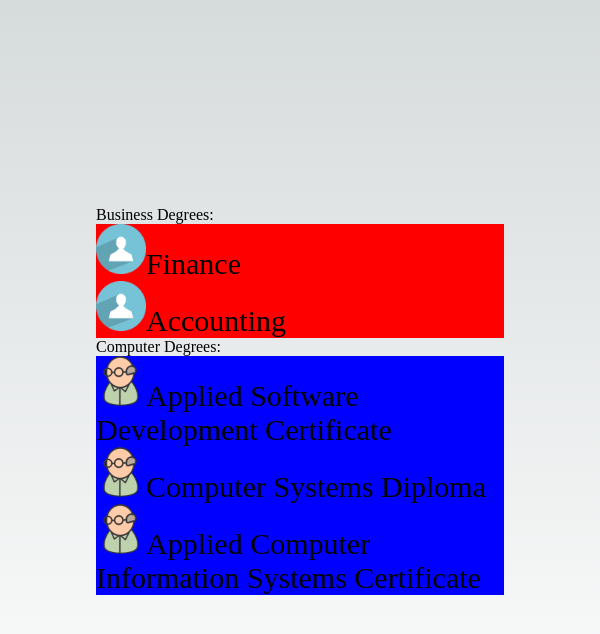
Repository: NeemaToto/mdia2109week3
Page: /
These files come from the project's save history. The page is drawn as it stood at one moment and after the next save; the edit follows.
The browser window is 600 px wide. The pictures show the whole page.
The project was rebuilt for these pictures with package versions that can differ from the ones it lists, and the page was loaded fresh each time. The framework's server and built-in components were replaced by stand-ins that run in the browser. Also part of the build but not shown: next.config.js.

Above is the page before, as saved 2023-01-19 12:14:20.

After the next save:
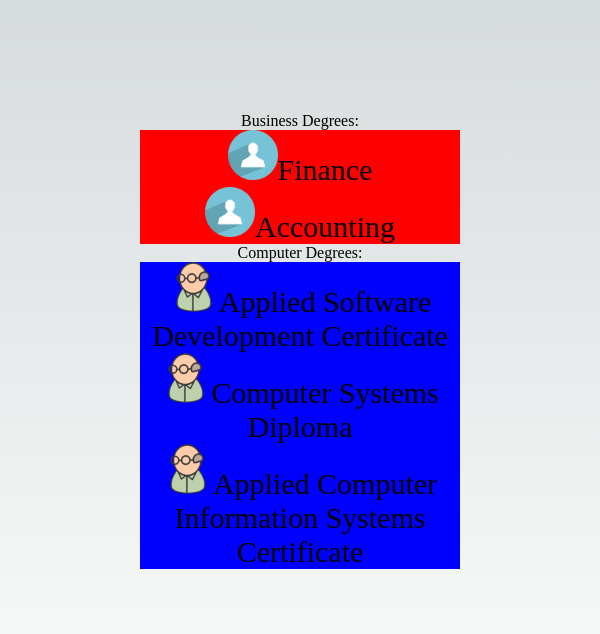
Saved 8 s later.
--- a/styles/Home.module.css
+++ b/styles/Home.module.css
@@ -180,8 +180,10 @@
   }
 
   .grid {
-    display: flex;
-    flex-direction: column;
+    grid-template-columns: 1fr;
+    margin-bottom: 120px;
+    max-width: 320px;
+    text-align: center;
   }
 
   .card {
